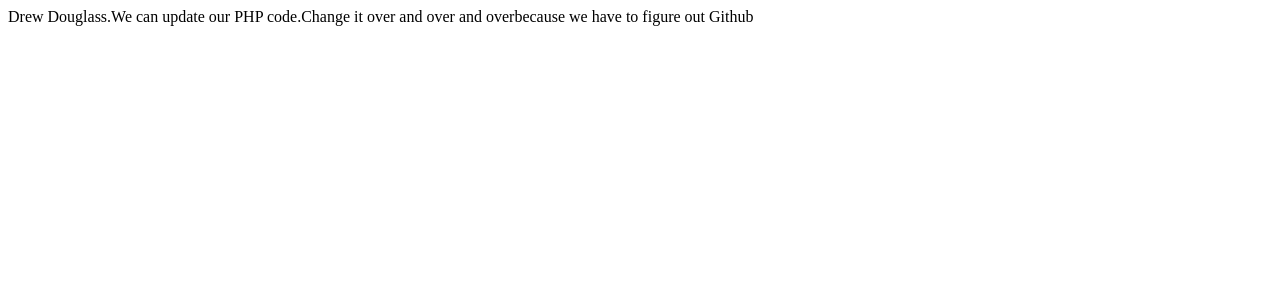
Repository: drewdouglassghub/PHPWorkspace
Page: http://localhost/testGit.php
An editor plug-in stored every save of this project. The page is shown before and after the next save, followed by the edit.
The browser window is 1280 px wide. The pictures show the whole page.
The page is run by PHP 8.4 with error messages shown; the project is at /var/www/html/.

Above is the page before, as saved 2019-01-14 07:50:19.

### WDV341/testGit.php
<?php
	echo 'Drew Douglass.';
	echo 'We can update our PHP code.';

	echo 'Change it over and over and over';
	echo 'because we have to figure out Github';
?>

After the next save:
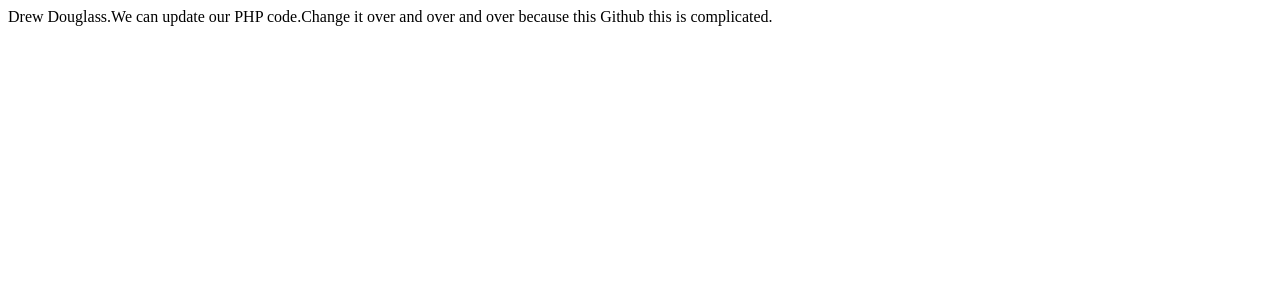
Saved 16 h 38 min later.
--- a/WDV341/testGit.php
+++ b/WDV341/testGit.php
@@ -2,6 +2,6 @@
 	echo 'Drew Douglass.';
 	echo 'We can update our PHP code.';
 
-	echo 'Change it over and over and over';
-	echo 'because we have to figure out Github';
+	echo 'Change it over and over and over ';
+	echo 'because this Github this is complicated.';
 ?>
